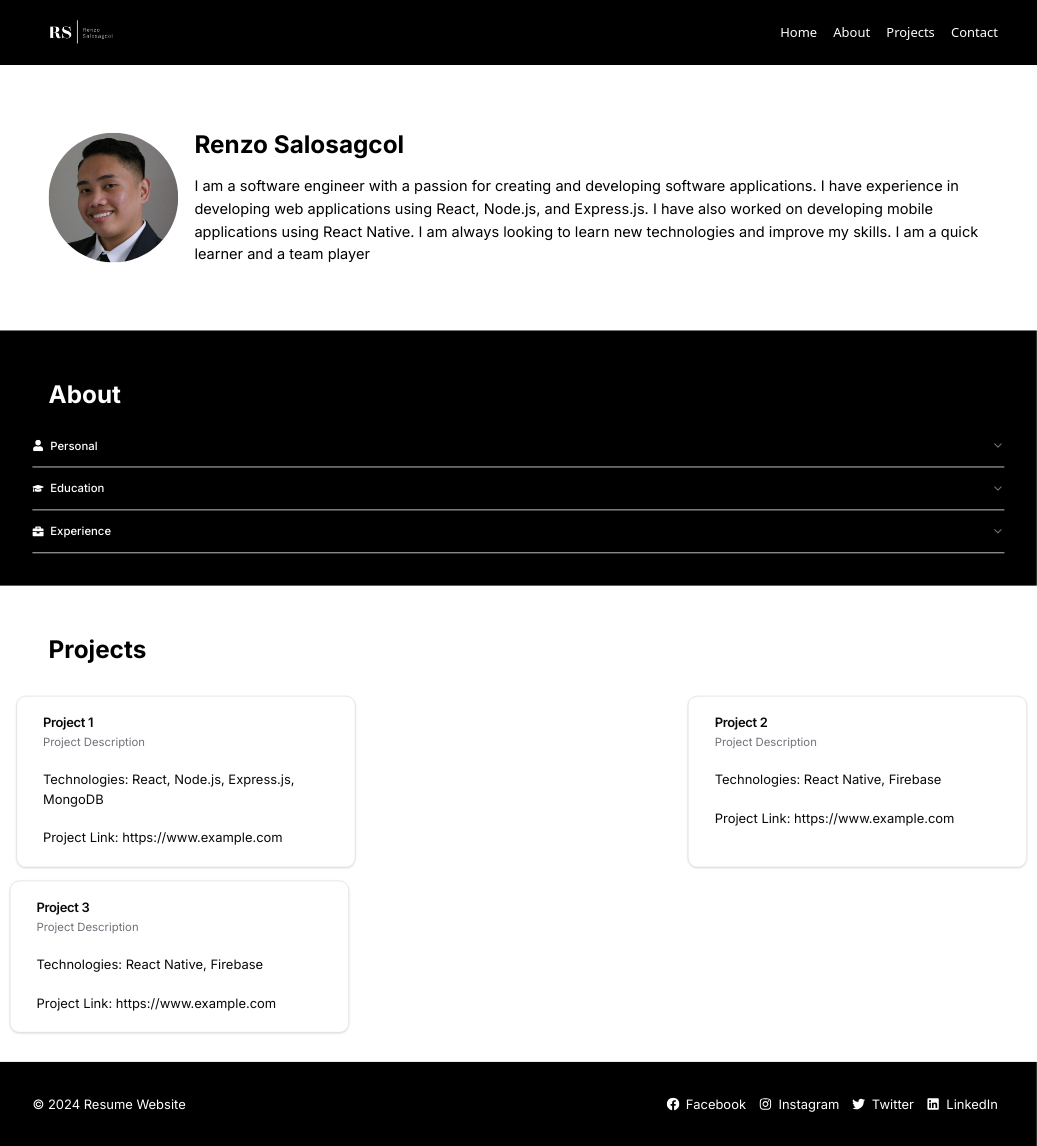
Repository: Renzo-Salosagcol/Portfolio-Website
Page: / (app in resume_website/)
An editor plug-in stored every save of this project. The page is shown before and after the next save, followed by the edit.
The browser window is 1280 px wide. The pictures show the whole page, at 81% of full size.
The project was rebuilt for these pictures with package versions that can differ from the ones it lists, and the page was loaded fresh each time. Also part of the build but not shown: resume_website/vite.config.js.

Above is the page before, as saved 2024-12-11 16:56:02.

After the next save:
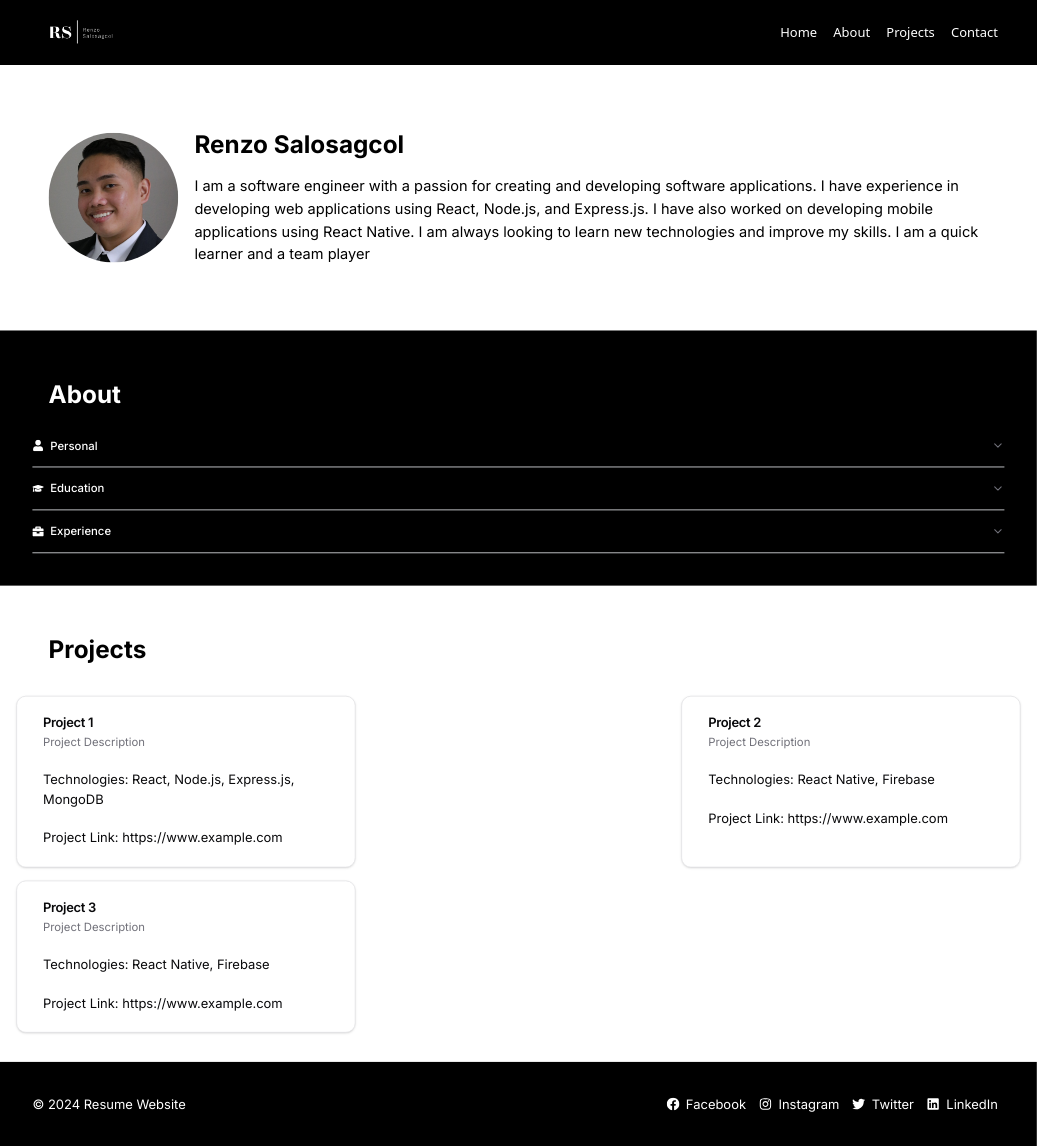
Saved 15 s later.
--- a/resume_website/src/components/projects.jsx
+++ b/resume_website/src/components/projects.jsx
@@ -24,7 +24,7 @@ const Projects = () => {
             <p>Project Link: <a href="https://www.example.com">https://www.example.com</a></p>
           </CardFooter>
         </Card>
-        <Card className="mb-4 md:w-1/2 lg:w-1/3 md:px-2">
+        <Card className="mb-4 md:w-1/2 lg:w-1/3 md:px-2 mx-2">
           <CardHeader>
             <CardTitle>Project 2</CardTitle>
             <CardDescription>Project Description</CardDescription>
@@ -36,7 +36,7 @@ const Projects = () => {
             <p>Project Link: <a href="https://www.example.com">https://www.example.com</a></p>
           </CardFooter>
         </Card>
-        <Card className="mb-4 md:w-1/2 lg:w-1/3 md:px-2">
+        <Card className="mb-4 md:w-1/2 lg:w-1/3 md:px-2 mx-2">
           <CardHeader>
             <CardTitle>Project 3</CardTitle>
             <CardDescription>Project Description</CardDescription>
